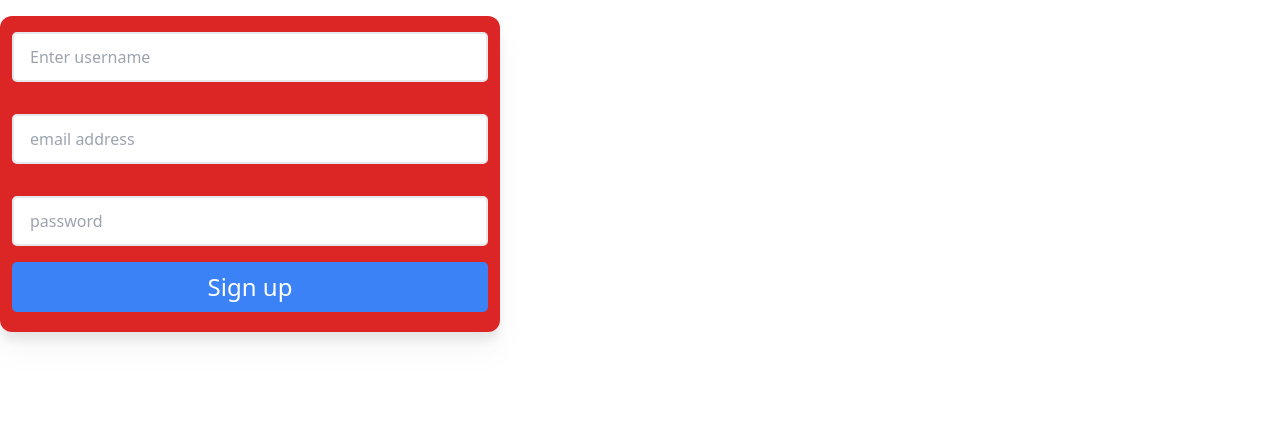
Repository: miraclesamson/e-commerce
Page: /
These files come from the project's save history. The page is drawn as it stood at one moment and after the next save; the edit follows.
The browser window is 1280 px wide. The pictures show the whole page.
The page's requests for data from a server got no answer. Some web libraries are served in a nearby version. The project was rebuilt for these pictures with package versions that can differ from the ones it lists, and the page was loaded fresh each time. No one was signed in, and anything a server would have sent is missing.

Above is the page before, as saved 2022-09-04 07:20:56.

### public/index.html
<!DOCTYPE html>
<html lang="en">

<head>
  <meta charset="utf-8" />
  <link rel="icon" href="%PUBLIC_URL%/favicon.ico" />
  <meta name="viewport" content="width=device-width, initial-scale=1" />
  <meta name="theme-color" content="#000000" />
  <meta name="description" content="Web site created using create-react-app" />
  <link rel="apple-touch-icon" href="%PUBLIC_URL%/logo192.png" />
  <!--
      manifest.json provides metadata used when your web app is installed on a
      user's mobile device or desktop. See https://developers.google.com/web/fundamentals/web-app-manifest/
    -->
  <link rel="manifest" href="%PUBLIC_URL%/manifest.json" />
  <!--
      Notice the use of %PUBLIC_URL% in the tags above.
      It will be replaced with the URL of the `public` folder during the build.
      Only files inside the `public` folder can be referenced from the HTML.

      Unlike "/favicon.ico" or "favicon.ico", "%PUBLIC_URL%/favicon.ico" will
      work correctly both with client-side routing and a non-root public URL.
      Learn how to configure a non-root public URL by running `npm run build`.
    -->
  <title>React App</title>
  <script src="https://kit.fontawesome.com/2345683446.js" crossorigin="anonymous"></script>
</head>

<body>
  <noscript>You need to enable JavaScript to run this app.</noscript>
  <div id="root"></div>
  <!--
      This HTML file is a template.
      If you open it directly in the browser, you will see an empty page.

      You can add webfonts, meta tags, or analytics to this file.
      The build step will place the bundled scripts into the <body> tag.

      To begin the development, run `npm start` or `yarn start`.
      To create a production bundle, use `npm run build` or `yarn build`.
    -->
</body>

</html>

### src/App.js
import React, { useEffect, useState } from "react";

import { fireAuth } from "./firebase";
import Signup from "./pages/Signup";

function App() {
  const [user, setUser] = useState();

  const onAuthStateChange = (user) => {
    setUser(user);
  };

  useEffect(() => {
    const subscriber = fireAuth.onAuthStateChanged(onAuthStateChange);

    // console.log(subscriber);
    return subscriber; // unsubscribe on unmount
  }, []);

  return <Signup />;
}

export default App;

### src/firebase.js
// Import the functions you need from the SDKs you need
import { initializeApp } from "firebase/app";
import { getAnalytics } from "firebase/analytics";
import { getFirestore } from "firebase/firestore";
import { getAuth } from "firebase/auth";

// TODO: Add SDKs for Firebase products that you want to use
// https://firebase.google.com/docs/web/setup#available-libraries

// Your web app's Firebase configuration
// For Firebase JS SDK v7.20.0 and later, measurementId is optional
const firebaseConfig = {
  apiKey: "AIzaSyCPRbN0p39vfpSQbeUfPQqL-eSKSP4enuo",
  authDomain: "e-commerce-fe56b.firebaseapp.com",
  projectId: "e-commerce-fe56b",
  storageBucket: "e-commerce-fe56b.appspot.com",
  messagingSenderId: "989187869030",
  appId: "1:989187869030:web:b68d76a53f95698398e0a7",
  measurementId: "G-1KH0YDN1NY",
};

// Initialize Firebase
export const app = initializeApp(firebaseConfig);
export const analytics = getAnalytics(app);
export const fireStore = getFirestore(app);
export const fireAuth = getAuth(app);

### src/pages/Signup.jsx
import React from "react";
import * as Yup from "yup";
import { useFormik } from "formik";
import { createUserWithEmailAndPassword } from "firebase/auth";

import { fireAuth } from "../firebase";

const validationSchema = Yup.object({
  username: Yup.string()
    .min(8)
    .label("username")
    .required("username is required")
    .matches(
      /^(?=.*[a-z])(?=.*[A-Z])(?=.*\d)(?=.*[@$!%*?&])[A-Za-z\d@$!%*?&]{6,}$/
    ),
  email: Yup.string()
    .email("Invalid email address")
    .label("Email")
    .required("Email is Required"),
  password: Yup.string()
    .min(8, "Must be 6 characters or more")
    .matches(
      /^(?=.*[a-z])(?=.*[A-Z])(?=.*\d)(?=.*[@$!%*?&])[A-Za-z\d@$!%*?&]{6,}$/,
      "Password must contain at least one lowercase letter, one uppercase letter, one number and one special character"
    )
    .label("Password")
    .required("Password is required"),
  retypePassword: Yup.string()
    .required("Please retype your password.")
    .oneOf([Yup.ref("password")], "Your passwords do not match."),
});

function Signup() {
  const formik = useFormik({
    initialValues: {
      username: "",
      email: "",
      password: "",
    },
    validationSchema: validationSchema,
    onSubmit: (values) => {
      console.log(values);
      createUserWithEmailAndPassword(
        fireAuth,
        values.username,
        values.email,
        values.password,
        values.retypePassword
      )
        .then((userCredential) => {
          // Signed in
          const user = userCredential.user;
          console.log(user);
          // ...
        })
        .catch((error) => {
          const errorCode = error.code;
          const errorMessage = error.message;
          console.log(errorMessage);
          // ..
        });
    },
  });

  return (
    <div className="bg-red-600 w-[500px] h-[316px] drop-shadow-xl rounded-xl px-3">
      <form onSubmit={formik.handleSubmit} className="w-full">
        <div className="mb-4 mt-4">
          <input
            id="username"
            type="text"
            placeholder="Enter username"
            className="h-[50px] p-4 w-full border-2 rounded-[5px] mt-4"
            {...formik.getFieldProps("username")}
          />
          {formik.touched.username && formik.errors.username ? (
            <div>{formik.errors.username}</div>
          ) : null}
        </div>
        <div className="mb-4 mt-4">
          <input
            id="email"
            type="text"
            {...formik.getFieldProps("email")}
            placeholder="email address"
            className="h-[50px] p-4 w-full border-2 rounded-[5px] mt-4"
          />
          {formik.touched.email && formik.errors.email ? (
            <div>{formik.errors.email}</div>
          ) : null}
        </div>

        <div className="mb-4">
          <input
            id="password"
            type="text"
            placeholder="password"
            {...formik.getFieldProps("password")}
            className="h-[50px] p-4 w-full border-2 rounded-[5px] mt-4"
          />
          {formik.touched.password && formik.errors.password ? (
            <div>{formik.errors.password}</div>
          ) : null}
        </div>

        <button
          type="submit"
          className="bg-blue-500 w-full h-[50px] rounded-[5px] text-white font-medium text-[24px]"
        >
          Sign up
        </button>
      </form>
    </div>
  );
}
export default Signup;

Loaded but not shown: src/index.js (common file); src/index.css (common file); src/reportWebVitals.js (common file); tailwind.config.js (common file)

After the next save:
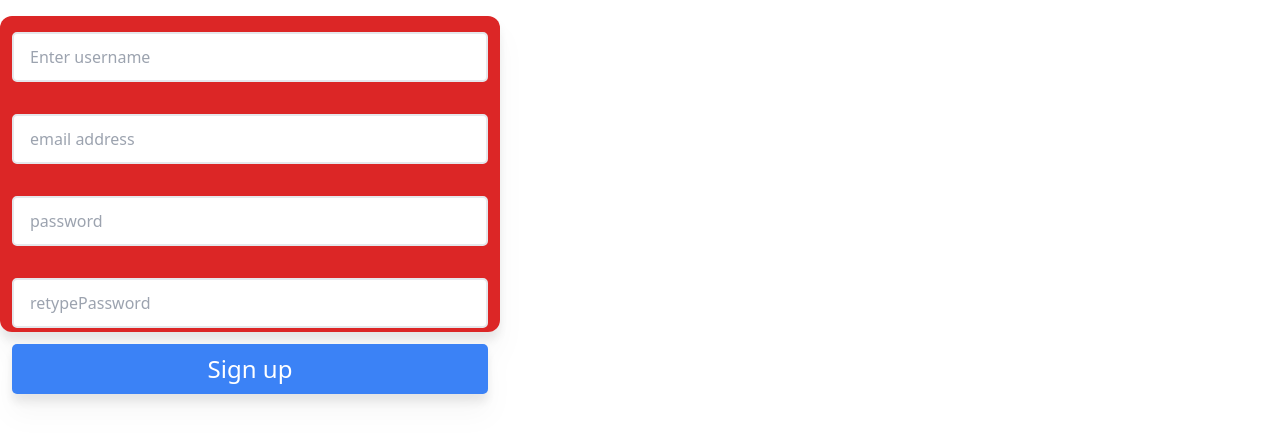
Saved 3 min 15 s later.
--- a/src/pages/Signup.jsx
+++ b/src/pages/Signup.jsx
@@ -103,6 +103,19 @@ function Signup() {
           ) : null}
         </div>
 
+        <div className="mb-4">
+          <input
+            id="retypePassword"
+            type="text"
+            placeholder="retypePassword"
+            {...formik.getFieldProps("retypePassword")}
+            className="h-[50px] p-4 w-full border-2 rounded-[5px] mt-4"
+          />
+          {formik.touched.retypePassword && formik.errors.retypePassword ? (
+            <div>{formik.errors.retypePassword}</div>
+          ) : null}
+        </div>
+
         <button
           type="submit"
           className="bg-blue-500 w-full h-[50px] rounded-[5px] text-white font-medium text-[24px]"
